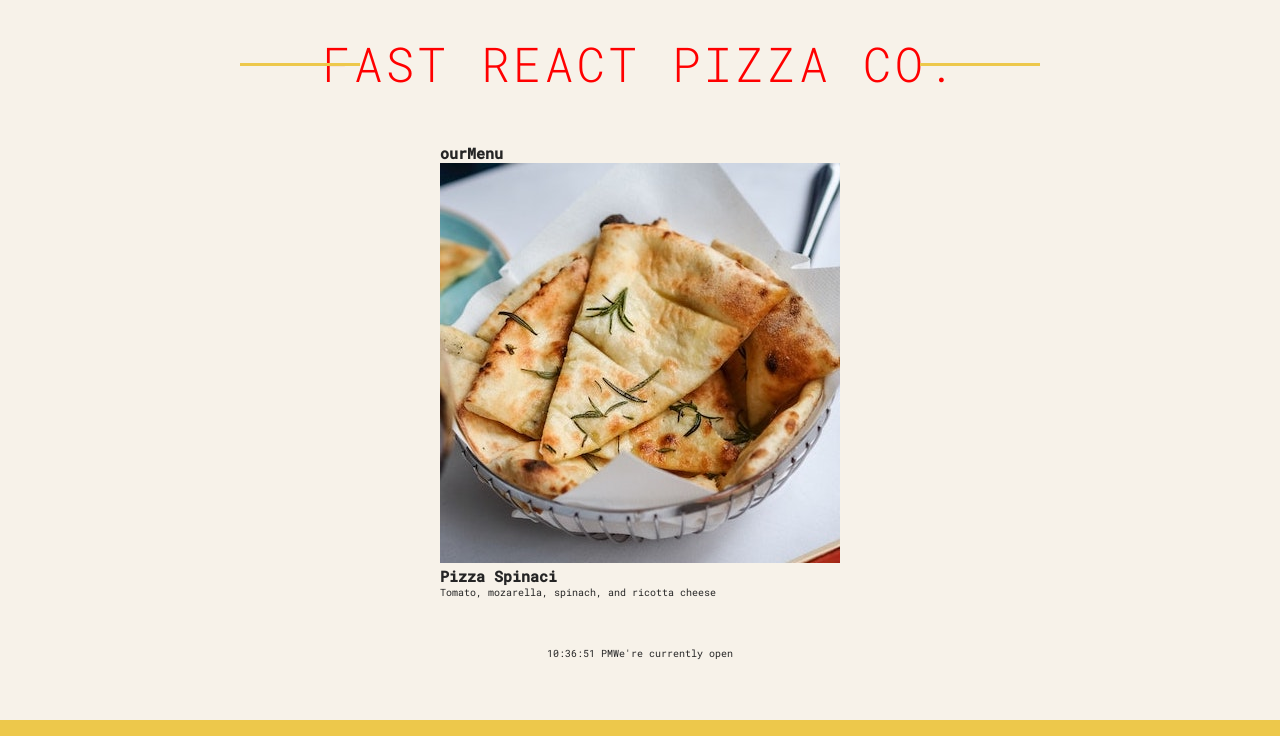
Repository: DhaWork/1-react-dasar-udemy-25
Page: /
These files come from the project's save history. The page is drawn as it stood at one moment and after a run of saves; the edit follows.
The browser window is 1280 px wide. The pictures show the whole page.
The project was rebuilt for these pictures with package versions that can differ from the ones it lists, and the page was loaded fresh each time.

Above is the page before, as saved 2025-04-02 11:49:33.

After the next 2 saves:
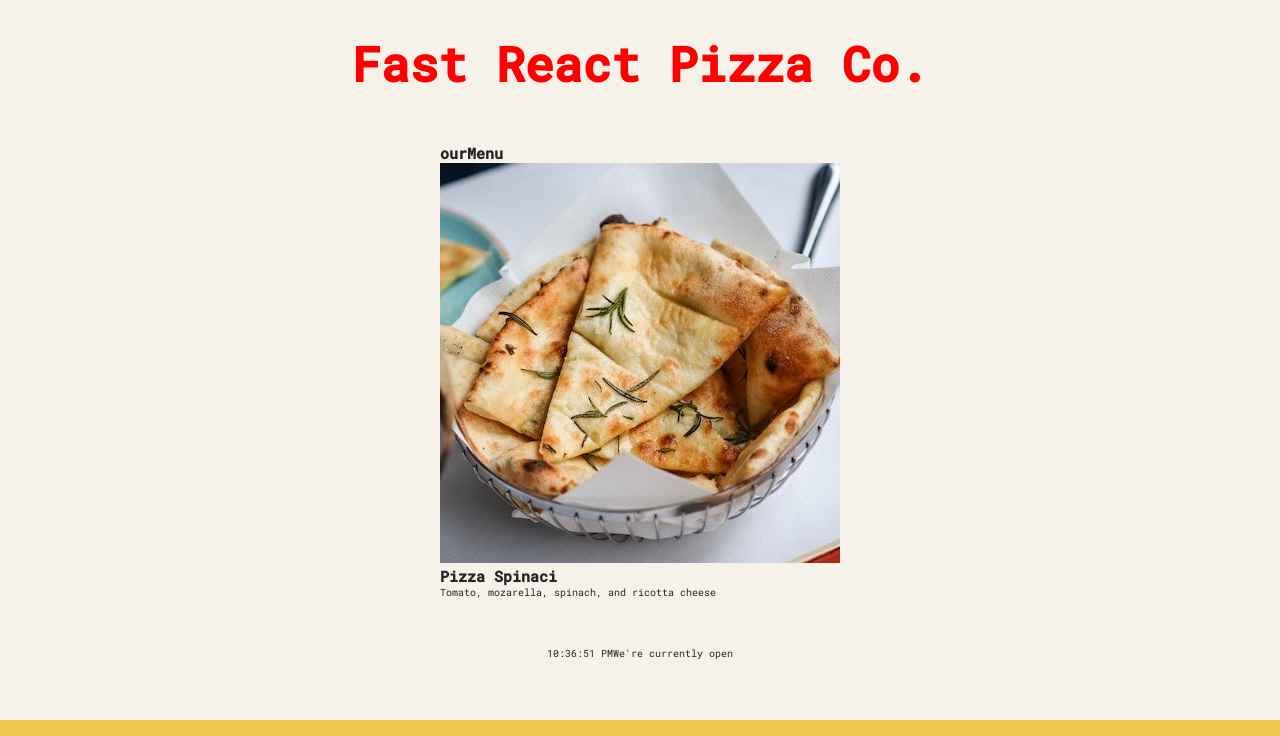
The 2 saves are shown as one change because they came seconds apart.
The last was saved 12 s later.
--- a/src/index.js
+++ b/src/index.js
@@ -61,7 +61,7 @@
     const style = {color:"red", fontSize:"48px", textTransfrom: "uppercase"};
 
   return (
-    <header className="header">
+    <header>
       <h1 style={style} className="header">Fast React Pizza Co.</h1>
     </header>
   );

After the 2 saves that followed:
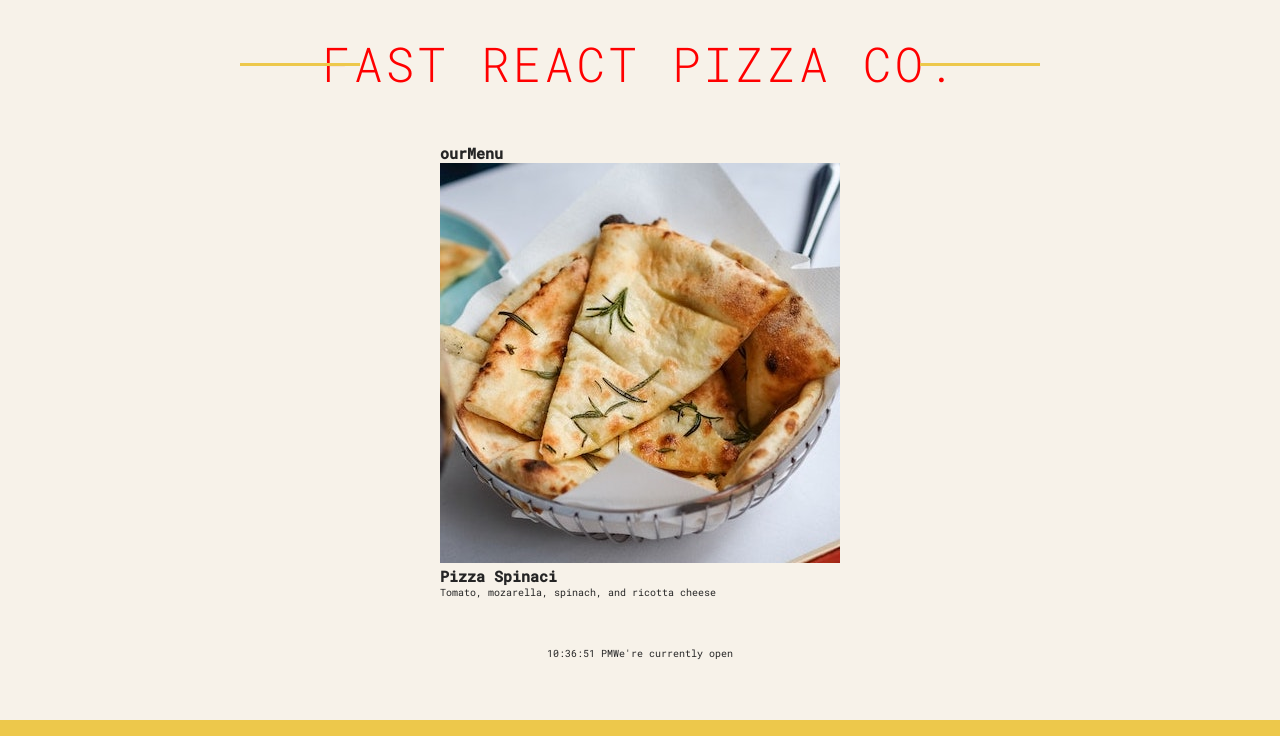
The 2 saves are shown as one change because they came seconds apart.
The last was saved 12 s later.
--- a/src/index.js
+++ b/src/index.js
@@ -61,8 +61,8 @@
     const style = {color:"red", fontSize:"48px", textTransfrom: "uppercase"};
 
   return (
-    <header>
-      <h1 style={style} className="header">Fast React Pizza Co.</h1>
+    <header className="header">
+      <h1 style={style}>Fast React Pizza Co.</h1>
     </header>
   );
 }
